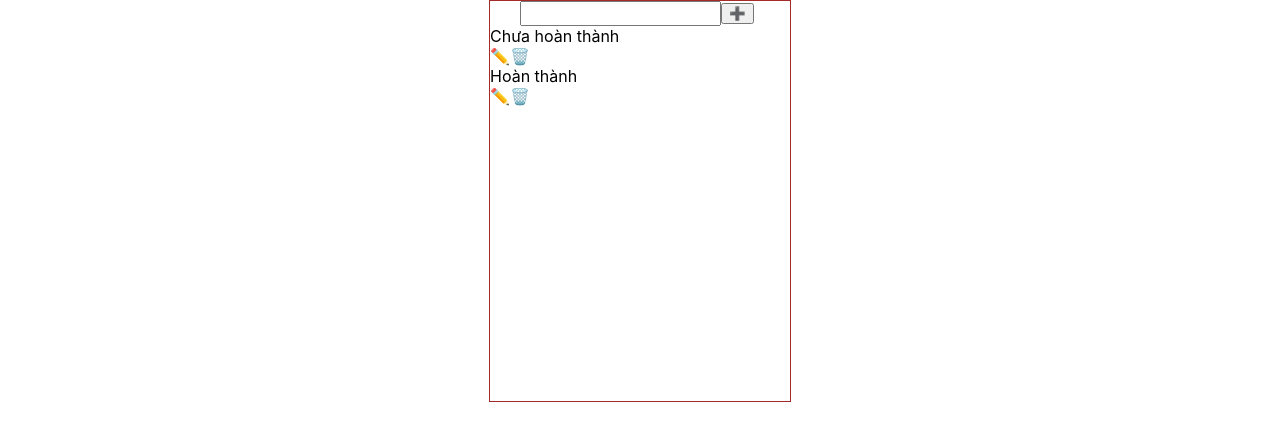
Repository: ChauVanLoc/TodoList-Reactjs
Page: / (app in todo-app/)
The author's editor kept a copy of each file at every save. The page is drawn from the files as they stood at one save, then again after the next save.
The browser window is 1280 px wide. The pictures show the whole page.
The project was rebuilt for these pictures with package versions that can differ from the ones it lists, and the page was loaded fresh each time.

Above is the page before, as saved 2022-12-04 19:11:23.

### todo-app/src/index.tsx
import React from "react";
import ReactDOM from "react-dom/client";
import TodoList from "./components/TodoList/TodoList";
import "./index.css";
import reportWebVitals from "./reportWebVitals";

const root = ReactDOM.createRoot(
  document.getElementById("root") as HTMLElement
);
root.render(
  <React.StrictMode>
    <TodoList />
  </React.StrictMode>
);

// If you want to start measuring performance in your app, pass a function
// to log results (for example: reportWebVitals(console.log))
// or send to an analytics endpoint. Learn more: https://bit.ly/CRA-vitals
reportWebVitals();

### todo-app/src/components/TodoList/TodoList.tsx
import React from "react";
import TaskInput from "../TaskInput/TaskInput";
import TaskList from "../TaskList/TaskList";
import TodoStyle from "./TodoListStyle.module.scss";

type Props = {};

function TodoList({}: Props) {
  return (
    <div className={TodoStyle["container"]}>
      <TaskInput />
      <div>
        <TaskList title="Chưa hoàn thành" />
        <TaskList title="Hoàn thành" />
      </div>
    </div>
  );
}

export default TodoList;

### todo-app/src/components/TaskInput/TaskInput.tsx
import React from "react";
import taskInputStyled from "./TaskInputStyle.module.scss";
type Props = {};

function TaskInput({}: Props) {
  return (
    <div className={taskInputStyled["wrapTaskInput"]}>
      <input type="text" name="keySearch" id="" />
      <button>➕</button>
    </div>
  );
}

export default TaskInput;

### todo-app/src/components/TaskList/TaskList.tsx
import React from "react";
import taskListStyled from "./TaskListStyle.module.scss";
type Props = {
  title: string;
  // content;
};

function TaskList({ title }: Props) {
  return (
    <div className={taskListStyled["content"]}>
      <div className={taskListStyled["title"]}>{title}</div>
      <div className={taskListStyled["wrapContent"]}>
        <div className={taskListStyled["row"]}>
          <div>
            <span></span>
          </div>
          <div className={taskListStyled["toolBox"]}>
            <span>✏️</span>
            <span>🗑️</span>
          </div>
        </div>
      </div>
    </div>
  );
}

export default TaskList;

### todo-app/src/components/TodoList/TodoListStyle.module.scss
.container {
  width: 300px;
  height: 400px;
  margin-left: auto;
  margin-right: auto;
  border: 1px solid brown;
}

### todo-app/src/components/TaskInput/TaskInputStyle.module.scss
.wrapTaskInput {
  width: 240px;
  height: auto;
  margin-left: auto;
  margin-right: auto;
  input {
    padding: 3px 10px;
    outline: none;
    text-align: left;
  }
  button {
    text-align: right;
  }
}

### todo-app/src/components/TaskList/TaskListStyle.module.scss
.content {
  width: 300px;
  height: auto;
  .title {
  }
  .wrapContent {
    .row {
    }
  }
}

Loaded but not shown: todo-app/public/index.html (common file); todo-app/src/index.css (common file); todo-app/src/reportWebVitals.ts (common file)

After the next save:
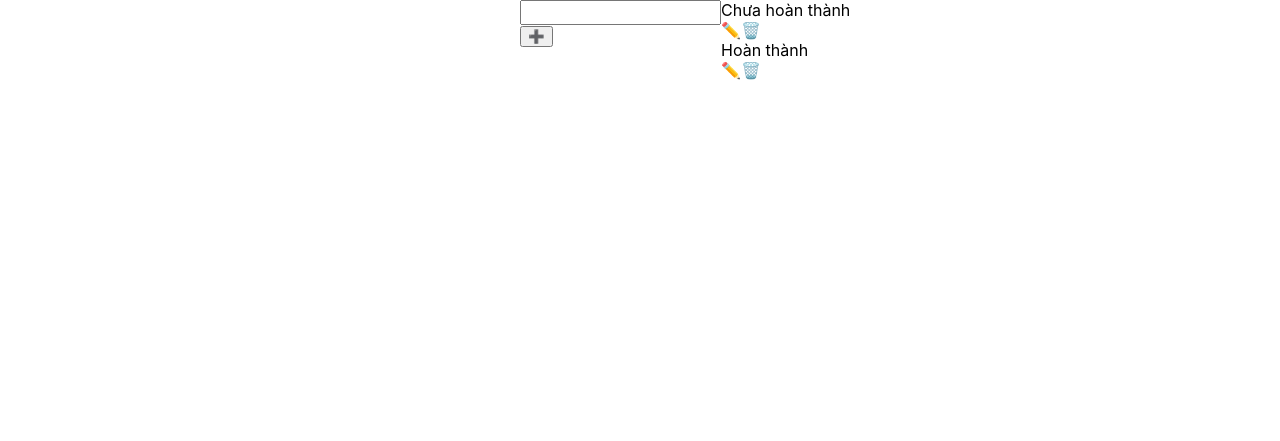
Saved 2 min 18 s later.
--- a/todo-app/src/components/TodoList/TodoListStyle.module.scss
+++ b/todo-app/src/components/TodoList/TodoListStyle.module.scss
@@ -1,7 +1,8 @@
 .container {
-  width: 300px;
-  height: 400px;
+  width: 240px;
+  height: auto;
   margin-left: auto;
   margin-right: auto;
-  border: 1px solid brown;
+  display: flex;
+  justify-content: space-between;
 }
